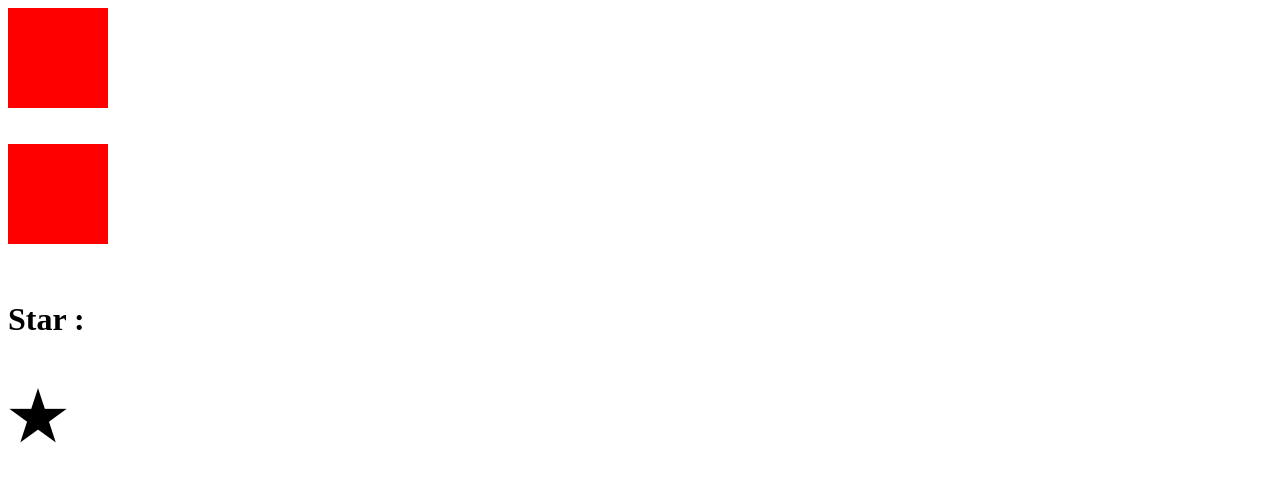
Repository: Shinhan1/shinhan
Page: http://localhost/web_goott/w20200324/w20200324_Test.jsp
These files come from the project's save history. The page is drawn as it stood at one moment and after the next save; the edit follows.
The browser window is 1280 px wide. The pictures show the whole page.
After loading, the first visible `h1` was clicked once.
The page is served by Tomcat 9.

Above is the page before, as saved 2020-03-24 07:58:16.

### web_goott/WebContent/w20200324/w20200324_Test.jsp
<%@ page language="java" contentType="text/html; charset=UTF-8"
    pageEncoding="UTF-8"%>
<!DOCTYPE html>
<html>
<head>
<meta charset="UTF-8">
<title>Test01</title>
<style type="text/css">
	div{
		margin-left: 0px;
		width: 100px;
		height: 100px;
		background-color: red;
	}
</style>
<script src="https://ajax.googleapis.com/ajax/libs/jquery/3.4.1/jquery.min.js"></script>
<script type="text/javascript">
	$(function(){
		$('#div1').click(function(){
			$(this).animate({
				marginLeft: "+=100"
			}, 500);
			$(this).animate({
				width : "+=100"
			}, 500);
			$(this).animate({
				height : "+=100"
			}, 500);

		});

		$('#div2').click(function(){
			$(this).animate({
				marginLeft: "+=100"
			}, 500);
			$(this).animate({
				width : "+=100"
			}, 500);
			$(this).animate({
				height : "+=100"
			}, 500, function(){
				$(this).hide();
			});

		});
		$('h1, span').click(function(){
			$('span').append("<h1>★</h1>");

		});


	});
</script>
</head>
<body>
	<div id="div1"></div>
	<br /><br />
	<div id="div2"></div>
	<br /><br />
	<h1>Star : <span></span></h1>

</body>
</html>

After the next save:
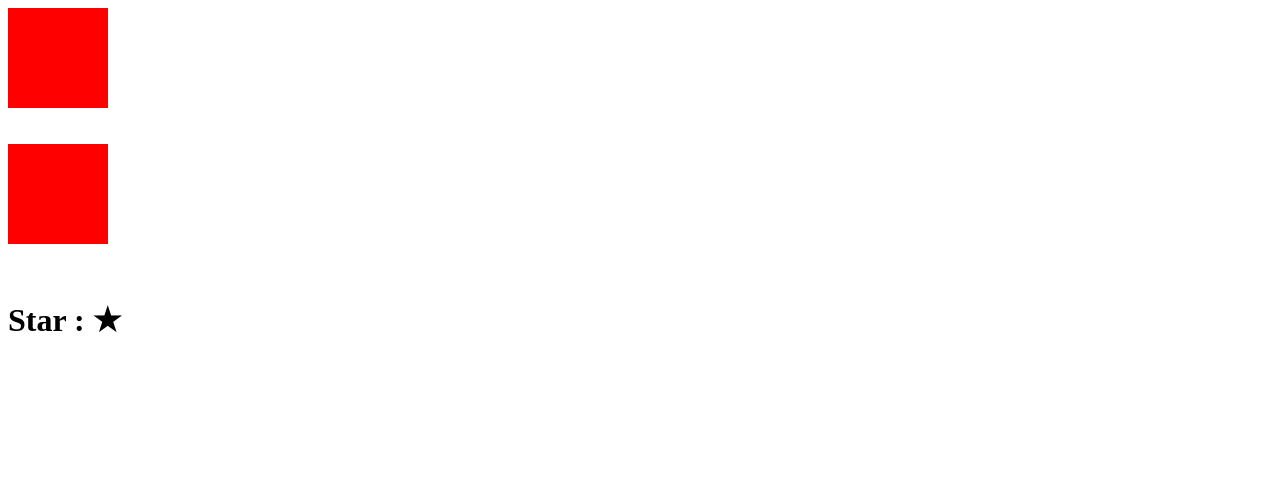
Saved 3 min 8 s later.
--- a/web_goott/WebContent/w20200324/w20200324_Test.jsp
+++ b/web_goott/WebContent/w20200324/w20200324_Test.jsp
@@ -44,7 +44,10 @@
 
 		});
 		$('h1, span').click(function(){
-			$('span').append("<h1>★</h1>");
+			$("h1").html(function(index, html){
+				return html + "★";
+
+			});
 
 		});
 
